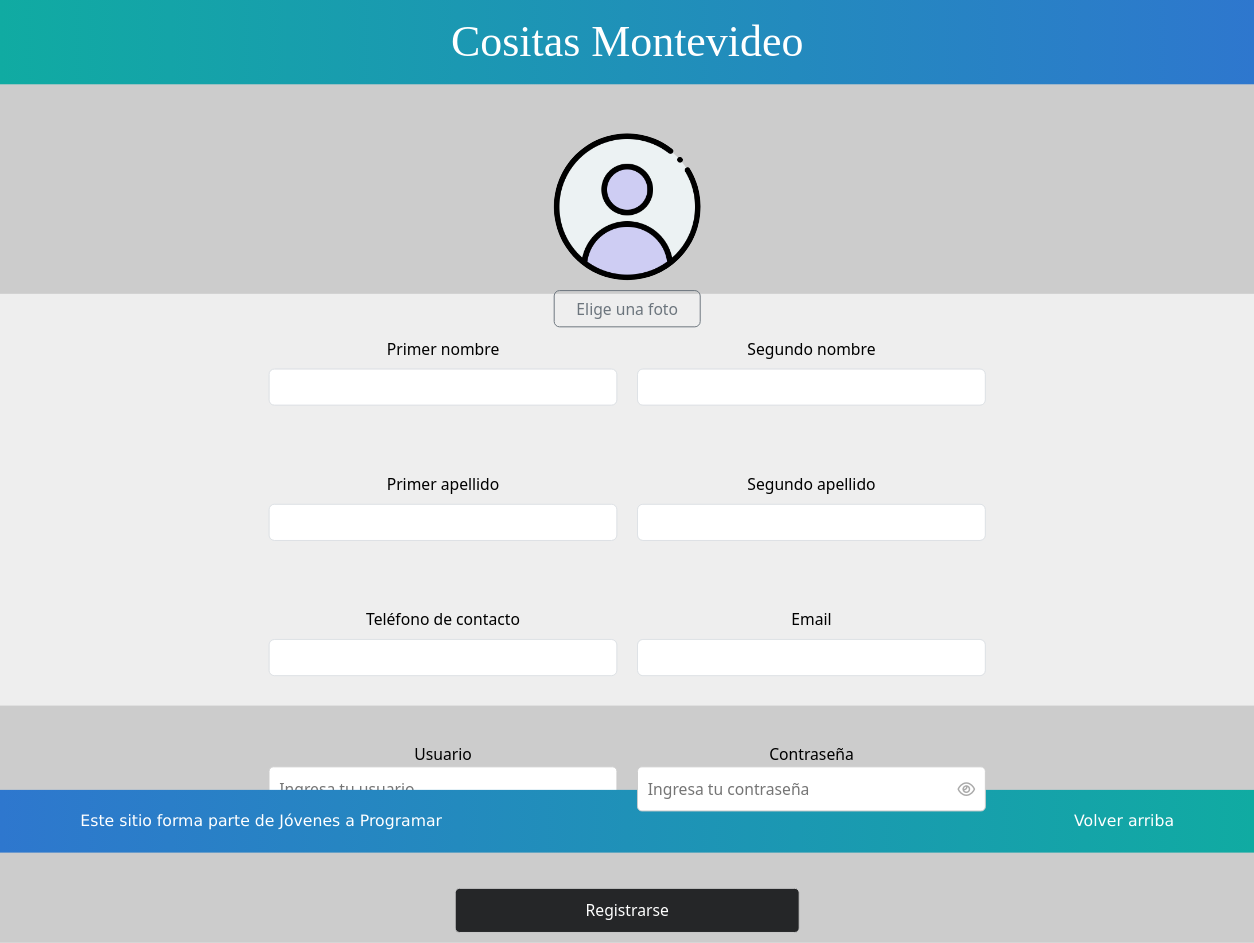
Repository: naticab/proyecto-dw
Page: registration.html
These files come from the project's save history. The page is drawn as it stood at one moment and after the next save; the edit follows.
The browser window is 1280 px wide. The pictures show the whole page, at 98% of full size.
Some web fonts or font styles are not loaded; a fallback is used.

Above is the page before, as saved 2024-10-22 22:15:05.
Console error: TypeError: Cannot read properties of null (reading 'classList')

After the next save:
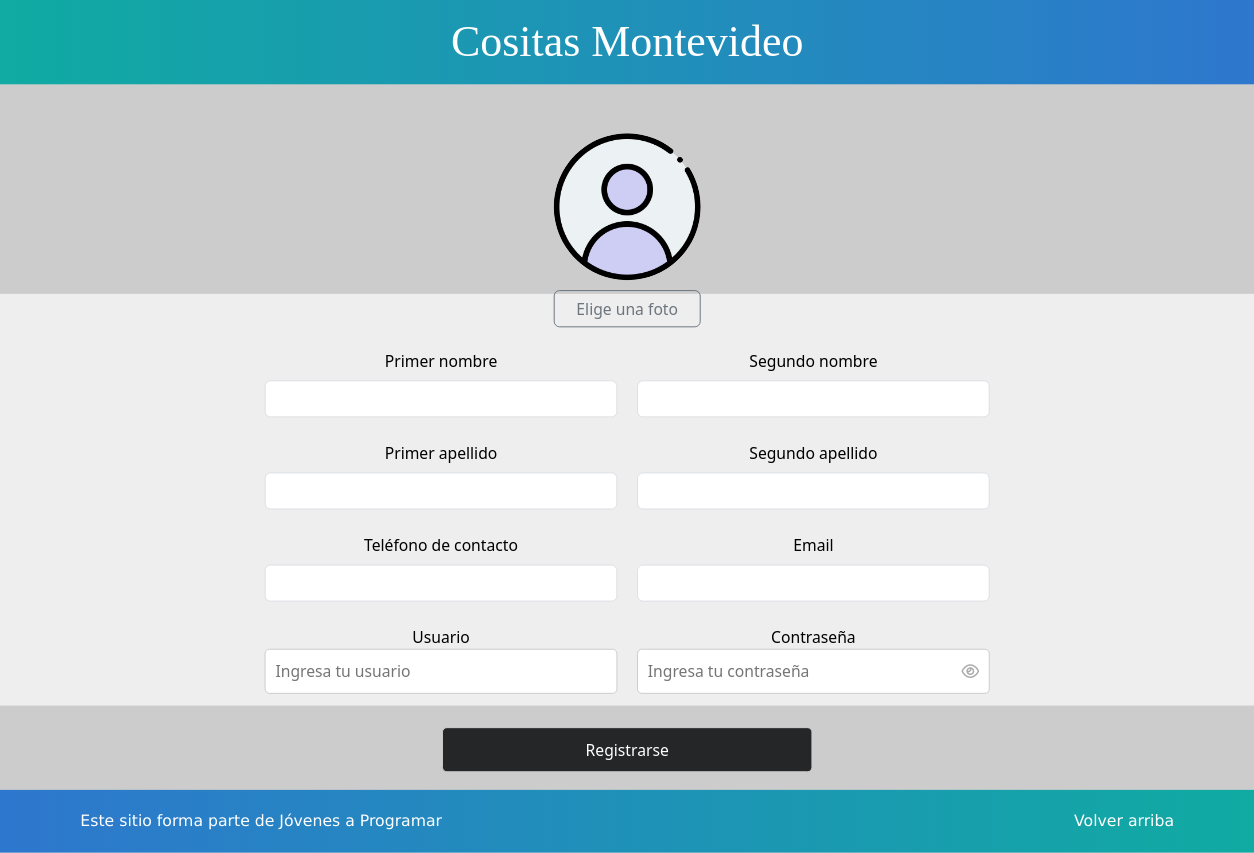
Saved 17 s later.
--- a/registration.html
+++ b/registration.html
@@ -32,7 +32,7 @@
                 <input type="file" name="foto" id="foto" accept="image/*" style="display: none;" />
                 <label for="foto" class="btn btn-outline-secondary">Elige una foto</label>
             </div>
-            <form method="post" class="row g-5 mt-6" id="myForm">
+            <form method="post" class="row g-1 mt-2" id="myForm">
                 <div class="col-md-6">
                     <label for="nombre1" class="form-label">Primer nombre</label>
                     <input type="text" class="form-control" id="nombre1" name="nombre" required>
